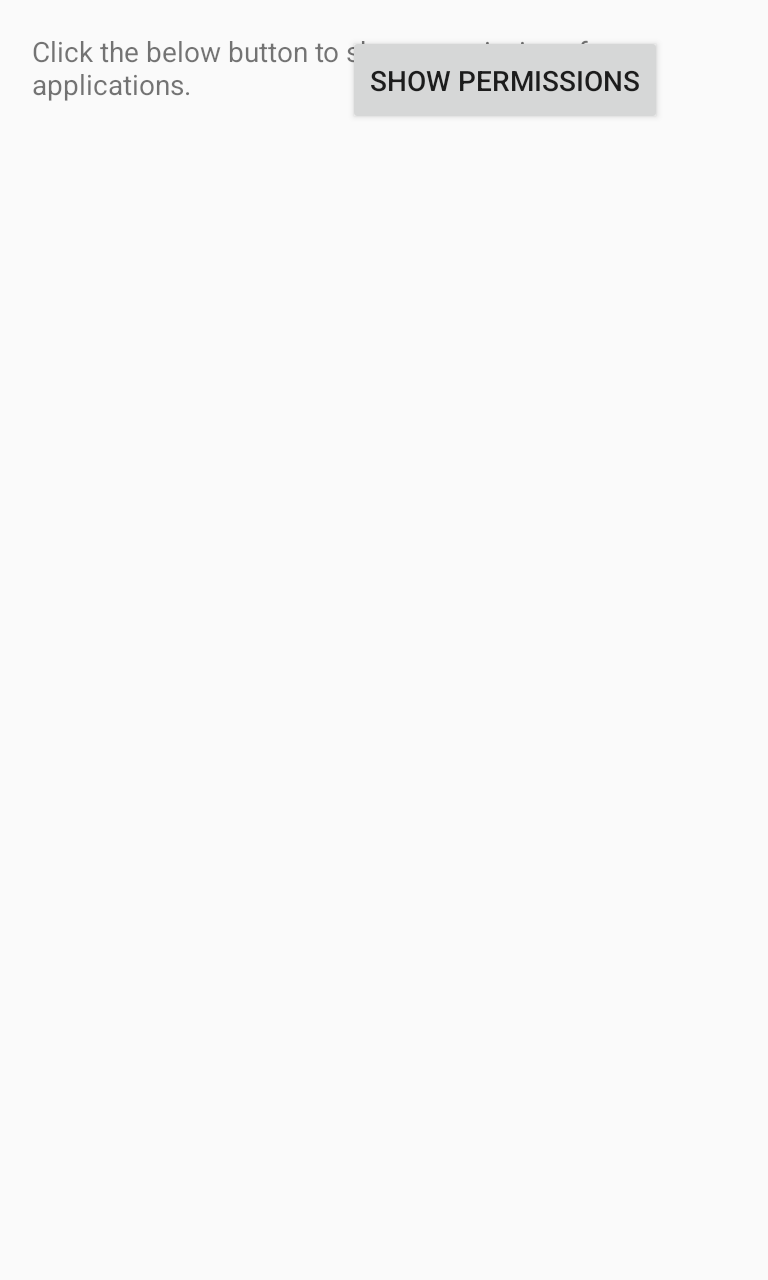
Repository: androidPermissionsApp/App
Layout: PermissionApp/res/layout/fragment_main.xml
An editor plug-in stored every save of this project. The layout is shown before and after the next save, followed by the edit.
It is drawn on a 768 x 1280 px phone screen (xhdpi) without system bars, with theme AppTheme; the app's code is not run.

Above is the layout before, as saved 2014-05-07 18:28:16.

### PermissionApp/res/layout/fragment_main.xml
<RelativeLayout xmlns:android="http://schemas.android.com/apk/res/android"
    xmlns:tools="http://schemas.android.com/tools"
    android:layout_width="match_parent"
    android:layout_height="match_parent"
    android:paddingBottom="@dimen/activity_vertical_margin"
    android:paddingLeft="@dimen/activity_horizontal_margin"
    android:paddingRight="@dimen/activity_horizontal_margin"
    android:paddingTop="@dimen/activity_vertical_margin"
    tools:context="com.example.permissionapp.MainActivity$PlaceholderFragment" >

    <TextView
        android:id="@+id/buttonInstructions	"
        android:layout_width="wrap_content"
        android:layout_height="wrap_content"
        android:text="@string/button_instructions" />

    <Button
        android:id="@+id/permissions_button"
        android:layout_width="wrap_content"
        android:layout_height="wrap_content"
        android:layout_alignParentRight="true"
        android:layout_alignTop="@+id/buttonInstructions"
        android:layout_marginRight="36dp"
        android:text="@string/show_permissions" />

</RelativeLayout>

### PermissionApp/res/values/strings.xml
<?xml version="1.0" encoding="utf-8"?>
<resources>

    <string name="app_name">PermissionApp</string>
    <string name="button_instructions">Click the below button to show permissions for applications.</string>
    <string name="action_settings">Settings</string>
    <string name="show_permissions">Show Permissions</string>

</resources>

Loaded but not shown: PermissionApp/res/values/styles.xml (common file); PermissionApp/res/values-v11/styles.xml (common file); PermissionApp/res/values-v14/styles.xml (common file); PermissionApp/res/values/dimens.xml (common file); PermissionApp/res/values-w820dp/dimens.xml (common file)

After the next save:
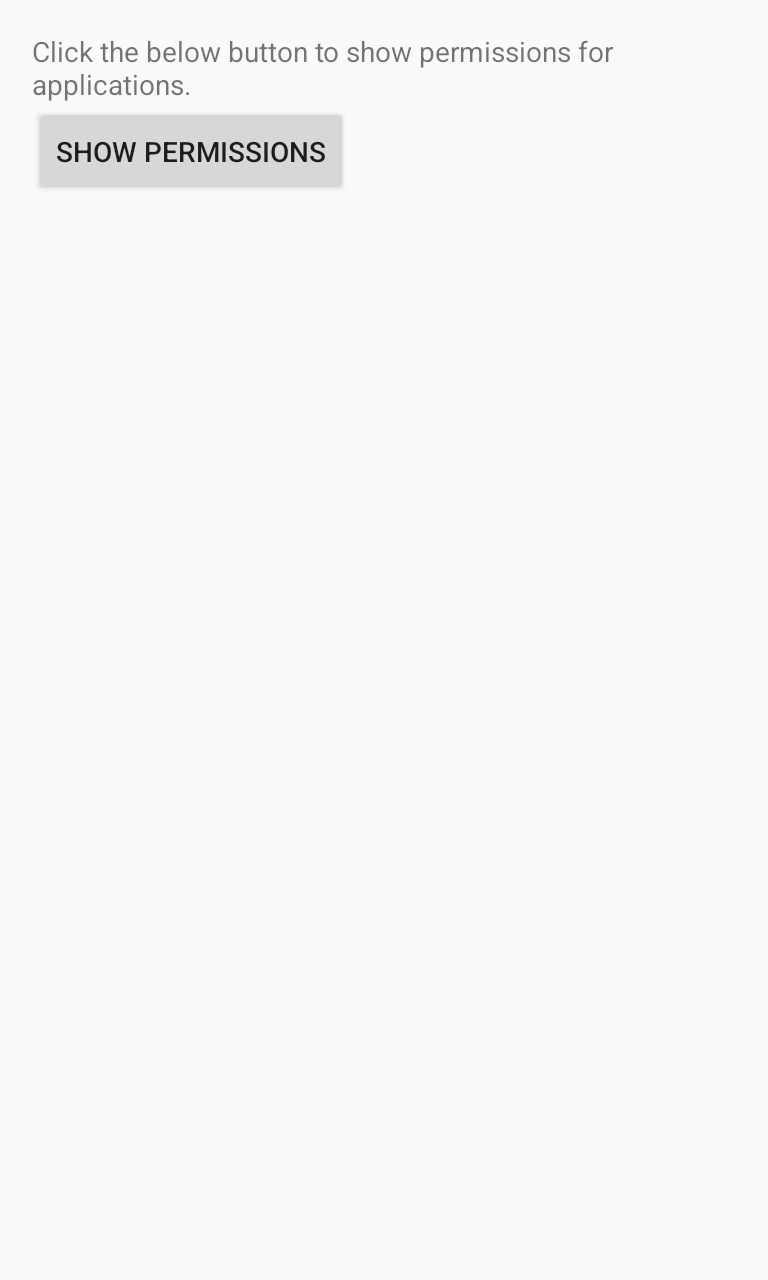
Saved 26 s later.
--- a/PermissionApp/res/layout/fragment_main.xml
+++ b/PermissionApp/res/layout/fragment_main.xml
@@ -18,9 +18,8 @@
         android:id="@+id/permissions_button"
         android:layout_width="wrap_content"
         android:layout_height="wrap_content"
-        android:layout_alignParentRight="true"
-        android:layout_alignTop="@+id/buttonInstructions"
-        android:layout_marginRight="36dp"
+        android:layout_alignLeft="@+id/buttonInstructions"
+        android:layout_below="@+id/buttonInstructions	"
         android:text="@string/show_permissions" />
 
 </RelativeLayout>
